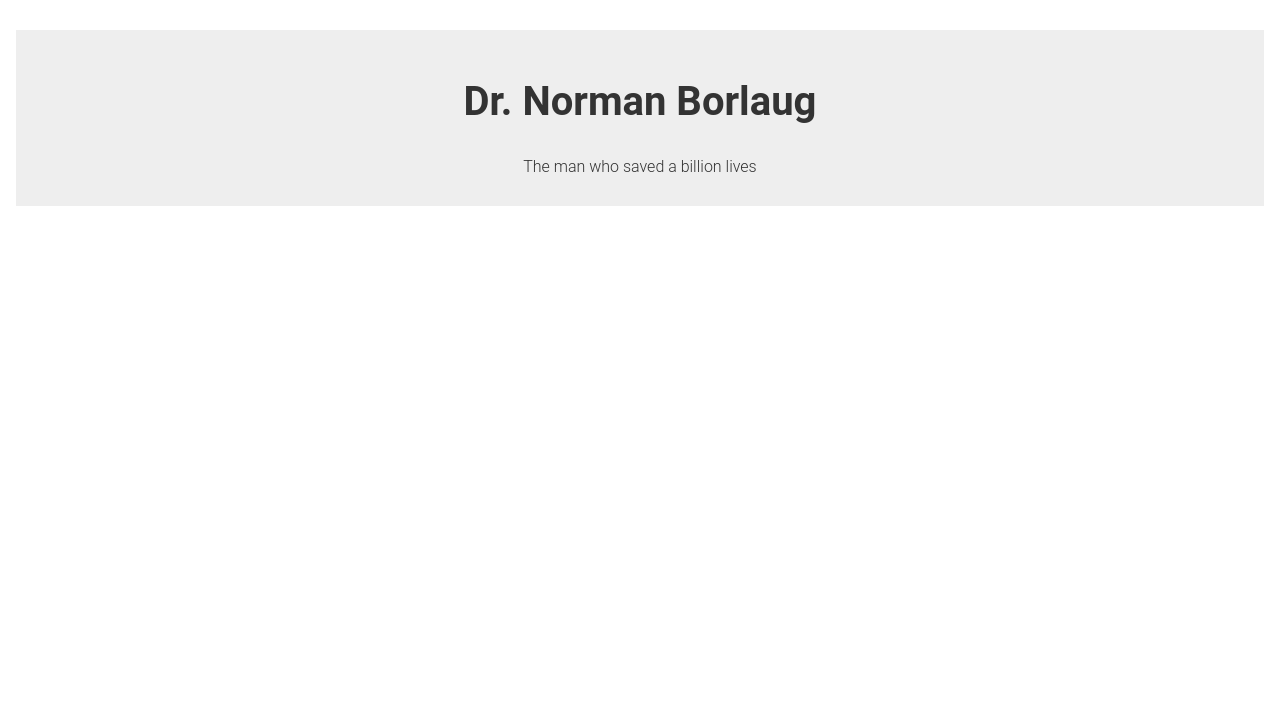
Repository: HTDuy01/github-demo
Page: freecodecamp/index.html
The author's editor kept a copy of each file at every save. The page is drawn from the files as they stood at one save, then again after the next save.
The browser window is 1280 px wide. The pictures show the whole page.

Above is the page before, as saved 2021-11-17 20:08:57.

### freecodecamp/index.html
<!DOCTYPE html>
<html lang="en">
<head>
    <meta charset="UTF-8">
    <meta http-equiv="X-UA-Compatible" content="IE=edge">
    <meta name="viewport" content="width=device-width, initial-scale=1.0">
    <title>Document</title>
    <link rel="stylesheet" href="/assets/css/style.css">
    <link rel="stylesheet" href="/assets/css/base.css">
</head>
<body>
    <div class="main">
        <header id="title">
            <h1 class="heading">Dr. Norman Borlaug</h1>
            <p class="sub-heading">The man who saved a billion lives</p>
        </header>

        <div id="img-div">

        </div>

        <div class="content">

        </div>

        <footer class="footer">

        </footer>
    </div>
</body>
</html>

### freecodecamp/assets/css/style.css
.main {
    background-color: #eee;
    margin: 30px 8px;
    padding: 15px;
}

#title {
    text-align: center;
}

.heading {
    color: var(--color-header);
    font-size: 4rem;
    font-weight: 600;
    margin-top: 27px;
    line-height: 60px;
}

.sub-heading {
    font-size: 1.6rem;
    color: var(--color-header);
    font-weight: 300;
}

### freecodecamp/assets/css/base.css

* {
    box-sizing: inherit;
}

html {
    font-size: 62.5%;
    line-height: 1.6rem;
    font-family: 'Roboto', sans-serif;
    box-sizing: border-box;
}

:root {
    --color-header:#333;
}

After the next save:
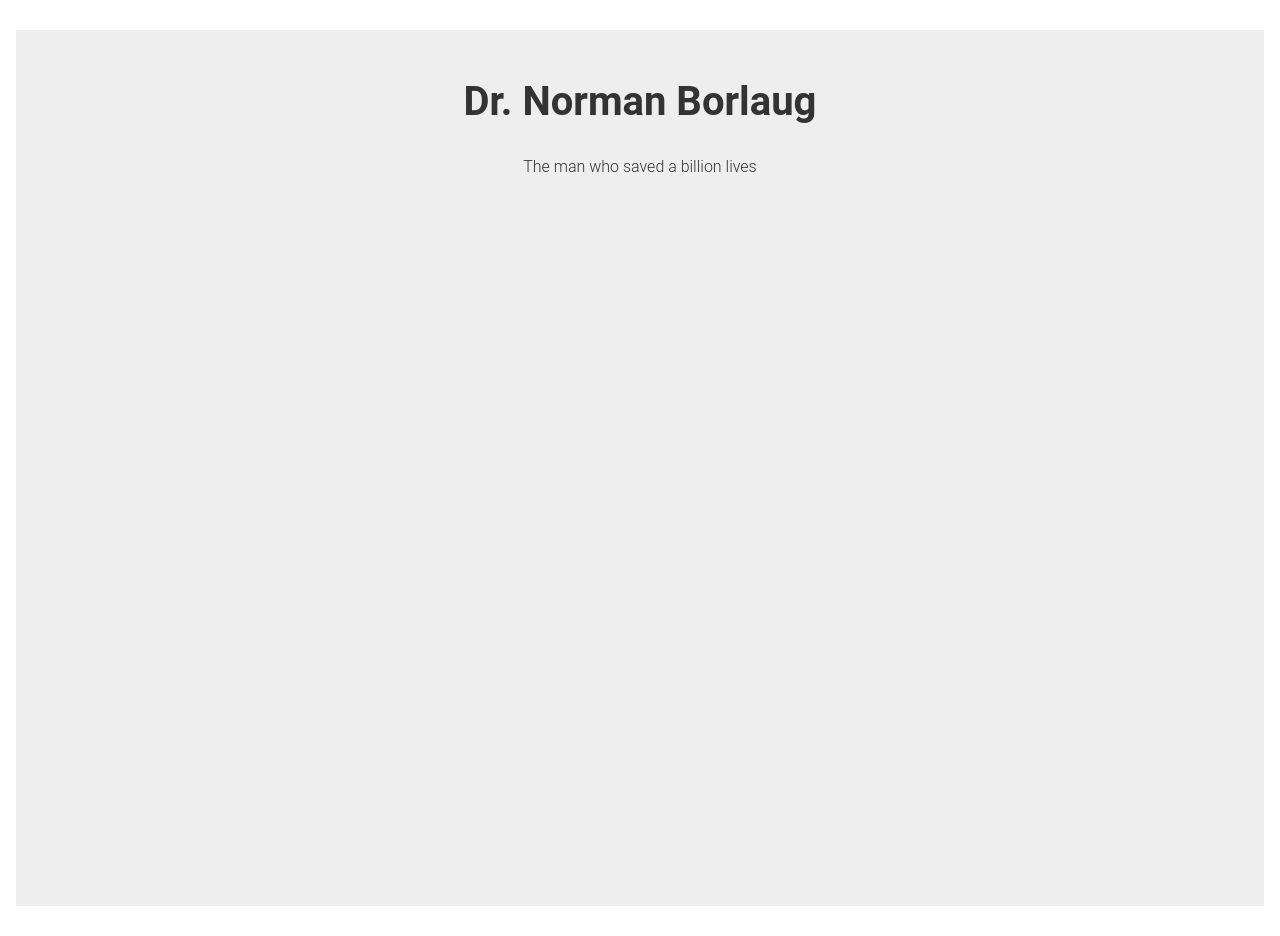
Saved 104 s later.
--- a/freecodecamp/assets/css/style.css
+++ b/freecodecamp/assets/css/style.css
@@ -4,6 +4,7 @@
     padding: 15px;
 }
 
+/* header */
 #title {
     text-align: center;
 }
@@ -21,3 +22,8 @@
     color: var(--color-header);
     font-weight: 300;
 }
+
+/* Bener */
+#img-div {
+    height: 700px;
+}
